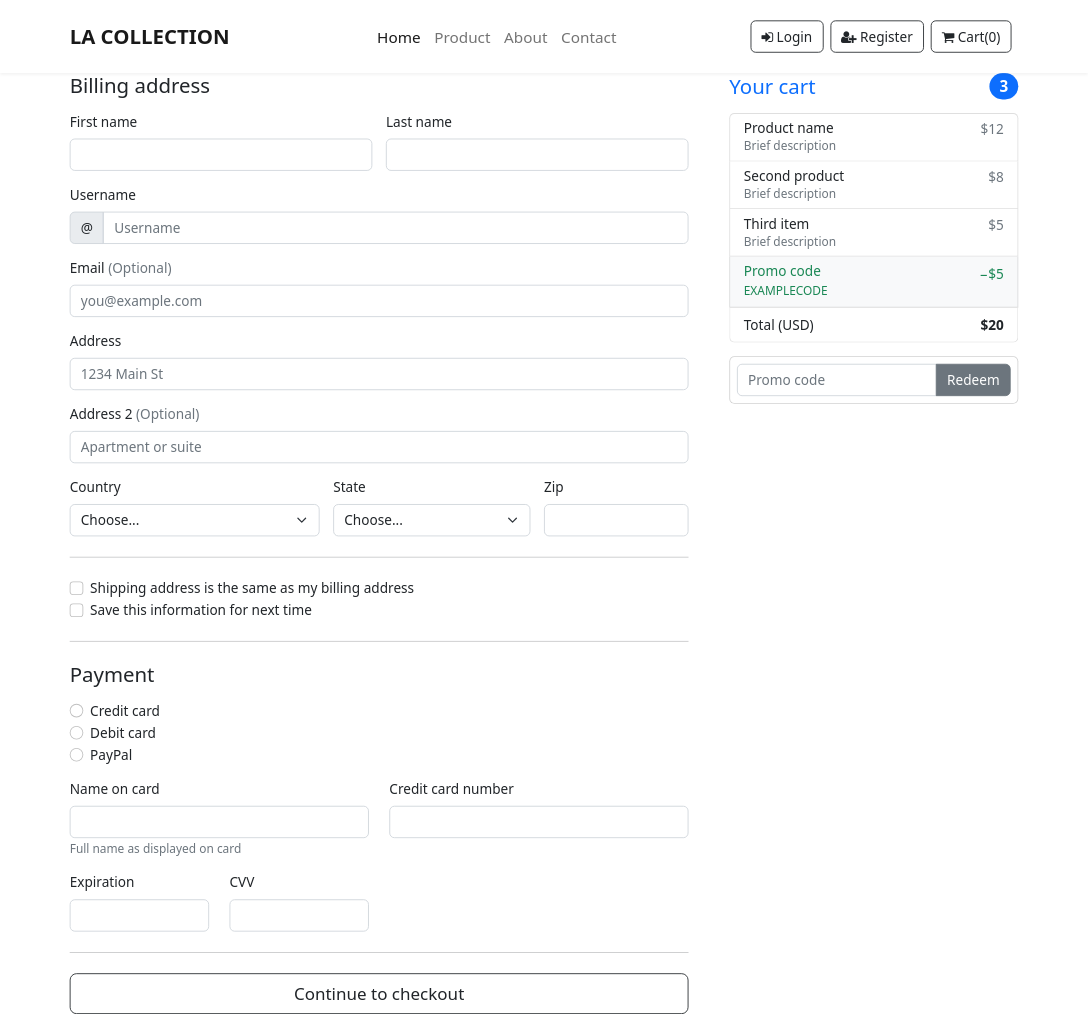
Repository: tiendungjr123/Ecommerce
Page: /checkout
These files come from the project's save history. The page is drawn as it stood at one moment and after the next save; the edit follows.
The browser window is 1280 px wide. The pictures show the whole page, at 85% of full size.
The project was rebuilt for these pictures with package versions that can differ from the ones it lists, and the page was loaded fresh each time. Also part of the build but not shown: src/components/Products.jsx, src/components/Home.jsx, src/redux/action/index.js, src/components/ProductDetail.jsx, src/components/About.jsx, src/components/Contact.jsx, src/components/Cart.jsx.

Above is the page before, as saved 2022-10-04 12:05:45.

### src/index.js
import React from 'react';
import ReactDOM from 'react-dom/client';
import './index.css';
import App from './App';
import '../node_modules/bootstrap/dist/css/bootstrap.min.css';
import '../node_modules/font-awesome/css/font-awesome.min.css';
import 'react-loading-skeleton/dist/skeleton.css'
import { BrowserRouter } from 'react-router-dom';
import store from './redux/store';
import { Provider } from 'react-redux';
const root = ReactDOM.createRoot(document.getElementById('root'));
root.render(
   <BrowserRouter>
      <Provider store={store}>
         <App />
      </Provider>
   </BrowserRouter>
);

### src/index.css
body {
   margin: 0;
   font-family: -apple-system, BlinkMacSystemFont, "Segoe UI", "Roboto", "Oxygen", "Ubuntu", "Cantarell", "Fira Sans",
      "Droid Sans", "Helvetica Neue", sans-serif;
   -webkit-font-smoothing: antialiased;
   -moz-osx-font-smoothing: grayscale;
}

code {
   font-family: source-code-pro, Menlo, Monaco, Consolas, "Courier New", monospace;
}

### src/App.js
import './App.css';
import Home from './components/Home';
import Navbar from './components/Navbar';
import {Route,  Routes} from 'react-router-dom';
import Products from './components/Products';
import ProductDetail from './components/ProductDetail';
import About from './components/About';
import Contact from './components/Contact';
import Cart from './components/Cart';
import Checkout from './components/Checkout';
function App() {
   return (
      <>
         <Navbar/>
         <Routes>
            <Route exact path='/' element={<Home/>}/>
            <Route exact path='/products' element={<Products/>}/>
            <Route exact path='/products/:id' element={<ProductDetail/>}/>
            <Route exact path='/about' element={<About/>}/>
            <Route exact path='/contact' element={<Contact/>}/>
            <Route exact path='/cart' element={<Cart/>}/>
            <Route exact path='/checkout' element={<Checkout/>}/>
         </Routes>
      </>
   );
}

export default App;

### src/redux/store.js
import { createStore } from "redux";
import rootReducers from "./reducer";
const store = createStore(rootReducers);

export default store;

### src/App.css
/* Navbar css */

.navbar-nav a{
   font-size: 18px;
}

### src/components/Navbar.jsx
import React from 'react';
import { NavLink } from 'react-router-dom';
import { useSelector } from 'react-redux';
const Navbar = () => {
   const state = useSelector((state) => state.handleCart);
   return (
      <div>
         <nav className="navbar navbar-expand-lg bg-white py-3 shadow-sm">
            <div className="container">
               <NavLink className="navbar-brand fw-bold fs-4" to="/">LA COLLECTION</NavLink>
               <button className="navbar-toggler" type="button" data-bs-toggle="collapse" data-bs-target="#navbarSupportedContent" aria-controls="navbarSupportedContent" aria-expanded="false" aria-label="Toggle navigation">
                  <span className="navbar-toggler-icon"></span>
               </button>
               <div className="collapse navbar-collapse" id="navbarSupportedContent">
                  <ul className="navbar-nav mx-auto mb-2 mb-lg-0">
                     <li className="nav-item">
                        <NavLink className="nav-link active" aria-current="page" to="/">Home</NavLink>
                     </li>
                     <li className="nav-item">
                        <NavLink className="nav-link" to="/products">Product</NavLink>
                     </li>
                     <li className="nav-item">
                        <NavLink className="nav-link" to="/about">About</NavLink>
                     </li>
                     <li className="nav-item">
                        <NavLink className="nav-link" to="/contact">Contact</NavLink>
                     </li>
                  </ul>
                  <div className="buttons ">
                     <NavLink to="/login" className='btn btn-outline-dark'>
                        <i className='fa fa-sign-in me-1'></i>Login
                     </NavLink>
                     <NavLink to="/register" className='btn btn-outline-dark ms-2'>
                        <i className='fa fa-user-plus me-1'></i>Register
                     </NavLink>
                     <NavLink to="/cart" className='btn btn-outline-dark m-2'>
                        <i className='fa fa-shopping-cart me-1'></i>Cart({state.length})
                     </NavLink>
                  </div>
               </div>
            </div>
         </nav>
      </div>
   );
}

export default Navbar;

### src/components/Checkout.jsx
import React from 'react';

const Checkout = () => {
   return (
      <div className='container'>
         <div className="row g-5">
            <div className="col-md-5 col-lg-4 order-md-last">
               <h4 className="d-flex justify-content-between align-items-center mb-3">
                  <span className="text-primary">Your cart</span>
                  <span className="badge bg-primary rounded-pill">3</span>
               </h4>
               <ul className="list-group mb-3">
                  <li className="list-group-item d-flex justify-content-between lh-sm">
                     <div>
                        <h6 className="my-0">Product name</h6>
                        <small className="text-muted">Brief description</small>
                     </div>
                     <span className="text-muted">$12</span>
                  </li>
                  <li className="list-group-item d-flex justify-content-between lh-sm">
                     <div>
                        <h6 className="my-0">Second product</h6>
                        <small className="text-muted">Brief description</small>
                     </div>
                     <span className="text-muted">$8</span>
                  </li>
                  <li className="list-group-item d-flex justify-content-between lh-sm">
                     <div>
                        <h6 className="my-0">Third item</h6>
                        <small className="text-muted">Brief description</small>
                     </div>
                     <span className="text-muted">$5</span>
                  </li>
                  <li className="list-group-item d-flex justify-content-between bg-light">
                     <div className="text-success">
                        <h6 className="my-0">Promo code</h6>
                        <small>EXAMPLECODE</small>
                     </div>
                     <span className="text-success">−$5</span>
                  </li>
                  <li className="list-group-item d-flex justify-content-between">
                     <span>Total (USD)</span>
                     <strong>$20</strong>
                  </li>
               </ul>

               <form className="card p-2">
                  <div className="input-group">
                     <input type="text" className="form-control" placeholder="Promo code" />
                     <button type="submit" className="btn btn-secondary">Redeem</button>
                  </div>
               </form>
            </div>
            <div className="col-md-7 col-lg-8">
               <h4 className="mb-3">Billing address</h4>
               <form className="needs-validation" novalidate="">
                  <div class="row g-3">
                     <div class="col-sm-6">
                        <label for="firstName" class="form-label">First name</label>
                        <input type="text" class="form-control" id="firstName" placeholder="" value="" required="" />
                        <div class="invalid-feedback">
                           Valid first name is required.
                        </div>
                     </div>

                     <div class="col-sm-6">
                        <label for="lastName" class="form-label">Last name</label>
                        <input type="text" class="form-control" id="lastName" placeholder="" value="" required="" />
                        <div class="invalid-feedback">
                           Valid last name is required.
                        </div>
                     </div>

                     <div class="col-12">
                        <label for="username" class="form-label">Username</label>
                        <div class="input-group has-validation">
                           <span class="input-group-text">@</span>
                           <input type="text" class="form-control" id="username" placeholder="Username" required="" />
                           <div class="invalid-feedback">
                              Your username is required.
                           </div>
                        </div>
                     </div>

                     <div class="col-12">
                        <label for="email" class="form-label">Email <span class="text-muted">(Optional)</span></label>
                        <input type="email" class="form-control" id="email" placeholder="you@example.com" />
                        <div class="invalid-feedback">
                           Please enter a valid email address for shipping updates.
                        </div>
                     </div>

                     <div class="col-12">
                        <label for="address" class="form-label">Address</label>
                        <input type="text" class="form-control" id="address" placeholder="1234 Main St" required="" />
                        <div class="invalid-feedback">
                           Please enter your shipping address.
                        </div>
                     </div>

                     <div class="col-12">
                        <label for="address2" class="form-label">Address 2 <span class="text-muted">(Optional)</span></label>
                        <input type="text" class="form-control" id="address2" placeholder="Apartment or suite" />
                     </div>

                     <div class="col-md-5">
                        <label for="country" class="form-label">Country</label>
                        <select class="form-select" id="country" required="">
                           <option value="">Choose...</option>
                           <option>United States</option>
                        </select>
                        <div class="invalid-feedback">
                           Please select a valid country.
                        </div>
                     </div>

                     <div class="col-md-4">
                        <label for="state" class="form-label">State</label>
                        <select class="form-select" id="state" required="">
                           <option value="">Choose...</option>
                           <option>California</option>
                        </select>
                        <div class="invalid-feedback">
                           Please provide a valid state.
                        </div>
                     </div>

                     <div class="col-md-3">
                        <label for="zip" class="form-label">Zip</label>
                        <input type="text" class="form-control" id="zip" placeholder="" required="" />
                        <div class="invalid-feedback">
                           Zip code required.
                        </div>
                     </div>
                  </div>
                  <hr class="my-4" />
                  <div class="form-check">
                     <input type="checkbox" class="form-check-input" id="same-address" />
                     <label class="form-check-label" for="same-address">Shipping address is the same as my billing address</label>
                  </div>
                  <div class="form-check">
                     <input type="checkbox" class="form-check-input" id="save-info" />
                     <label class="form-check-label" for="save-info">Save this information for next time</label>
                  </div>
                  <hr class="my-4" />
                  <h4 class="mb-3">Payment</h4>
                  <div class="my-3">
                     <div class="form-check">
                        <input id="credit" name="paymentMethod" type="radio" class="form-check-input" checked="" required="" />
                        <label class="form-check-label" for="credit">Credit card</label>
                     </div>
                     <div class="form-check">
                        <input id="debit" name="paymentMethod" type="radio" class="form-check-input" required="" />
                        <label class="form-check-label" for="debit">Debit card</label>
                     </div>
                     <div class="form-check">
                        <input id="paypal" name="paymentMethod" type="radio" class="form-check-input" required="" />
                        <label class="form-check-label" for="paypal">PayPal</label>
                     </div>
                  </div>
                  <div class="row gy-3">
                     <div class="col-md-6">
                        <label for="cc-name" class="form-label">Name on card</label>
                        <input type="text" class="form-control" id="cc-name" placeholder="" required="" />
                        <small class="text-muted">Full name as displayed on card</small>
                        <div class="invalid-feedback">
                           Name on card is required
                        </div>
                     </div>

                     <div class="col-md-6">
                        <label for="cc-number" class="form-label">Credit card number</label>
                        <input type="text" class="form-control" id="cc-number" placeholder="" required="" />
                        <div class="invalid-feedback">
                           Credit card number is required
                        </div>
                     </div>

                     <div class="col-md-3">
                        <label for="cc-expiration" class="form-label">Expiration</label>
                        <input type="text" class="form-control" id="cc-expiration" placeholder="" required="" />
                        <div class="invalid-feedback">
                           Expiration date required
                        </div>
                     </div>

                     <div class="col-md-3">
                        <label for="cc-cvv" class="form-label">CVV</label>
                        <input type="text" class="form-control" id="cc-cvv" placeholder="" required="" />
                        <div class="invalid-feedback">
                           Security code required
                        </div>
                     </div>
                  </div>
                  <hr class="my-4"/>
                  <button class="w-100 btn btn-outline-dark btn-lg" type="submit">Continue to checkout</button>
               </form>
            </div>
         </div>
      </div>
   );
}

export default Checkout;

### src/redux/reducer/index.js
import handleCart from "./handleCart";
import { combineReducers } from "redux";

const rootReducers =  combineReducers({
   handleCart,
})

export default rootReducers;

### src/redux/reducer/handleCart.js
const cart = [];

const handleCart = (state = cart, action) => {
   const product = action.payload;
   switch (action.type) {
      case 'cart/addProduct':
         const exits = state.find((x) => x.id === product.id);
         if (exits) {
            return state.map((x) => x.id === product.id ? { ...x, qty: x.qty + 1 } : x)
         }else{
            const product = action.payload;
            return [
               ...state,
               {
                  ...product,
                  qty: 1,
               }
            ]
         }
         break;
      case 'cart/deleteProduct':
         const exits1 = state.find((x) => x.id === product.id);
         if(exits1.qty === 1){
            return state.filter((x) => x.id !== exits1.id)
         }
         else{
            return state.map((x) =>
               x.id === product.id ? {...x, qty: x.qty-1}:x
            );
         }
         break;
      default:
         return state;
   }
}

export default handleCart;

Loaded but not shown: public/index.html (common file)

After the next save:
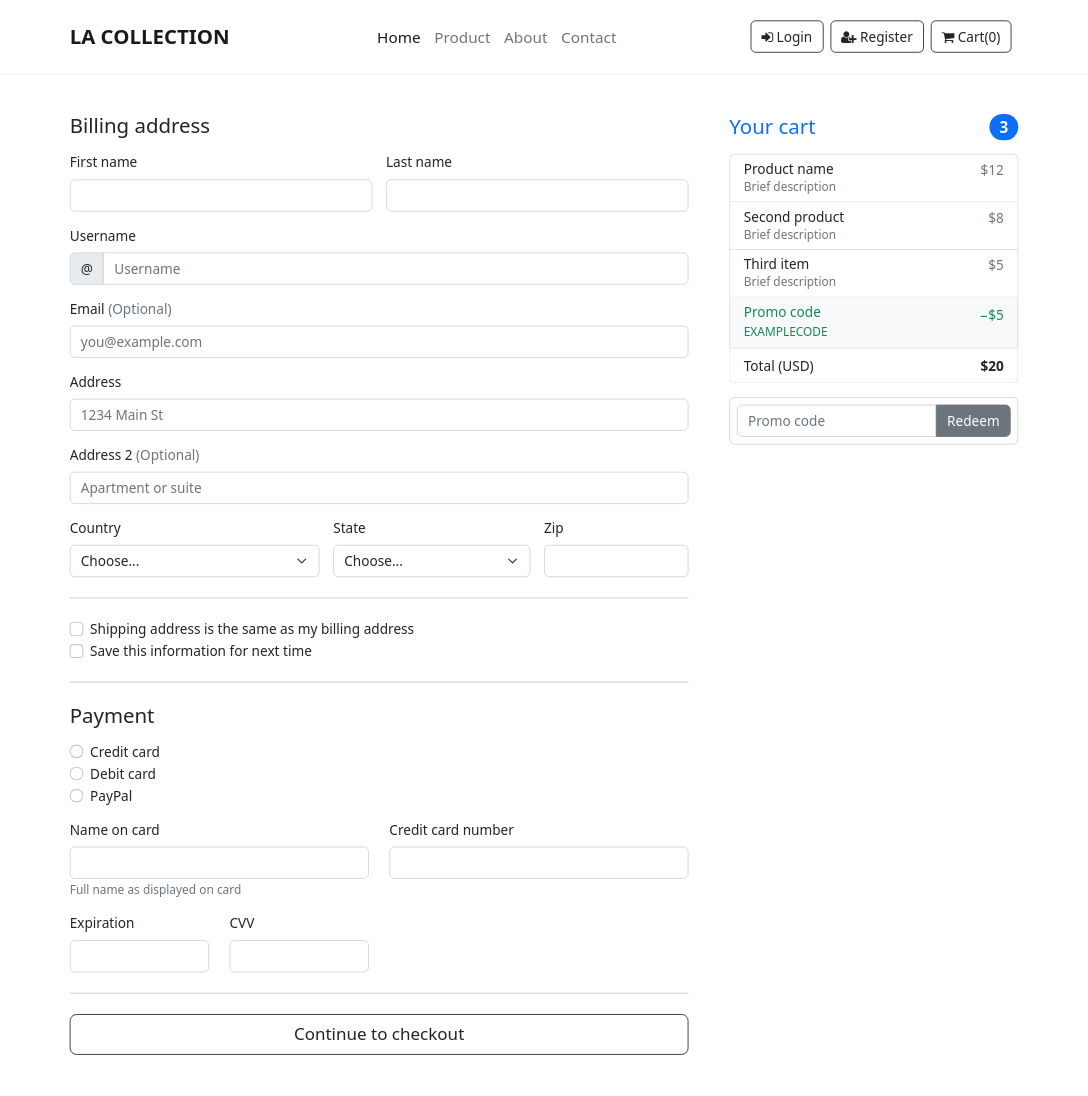
Saved 56 s later.
--- a/src/components/Checkout.jsx
+++ b/src/components/Checkout.jsx
@@ -2,7 +2,7 @@ import React from 'react';
 
 const Checkout = () => {
    return (
-      <div className='container'>
+      <div className='container my-5'>
          <div className="row g-5">
             <div className="col-md-5 col-lg-4 order-md-last">
                <h4 className="d-flex justify-content-between align-items-center mb-3">
